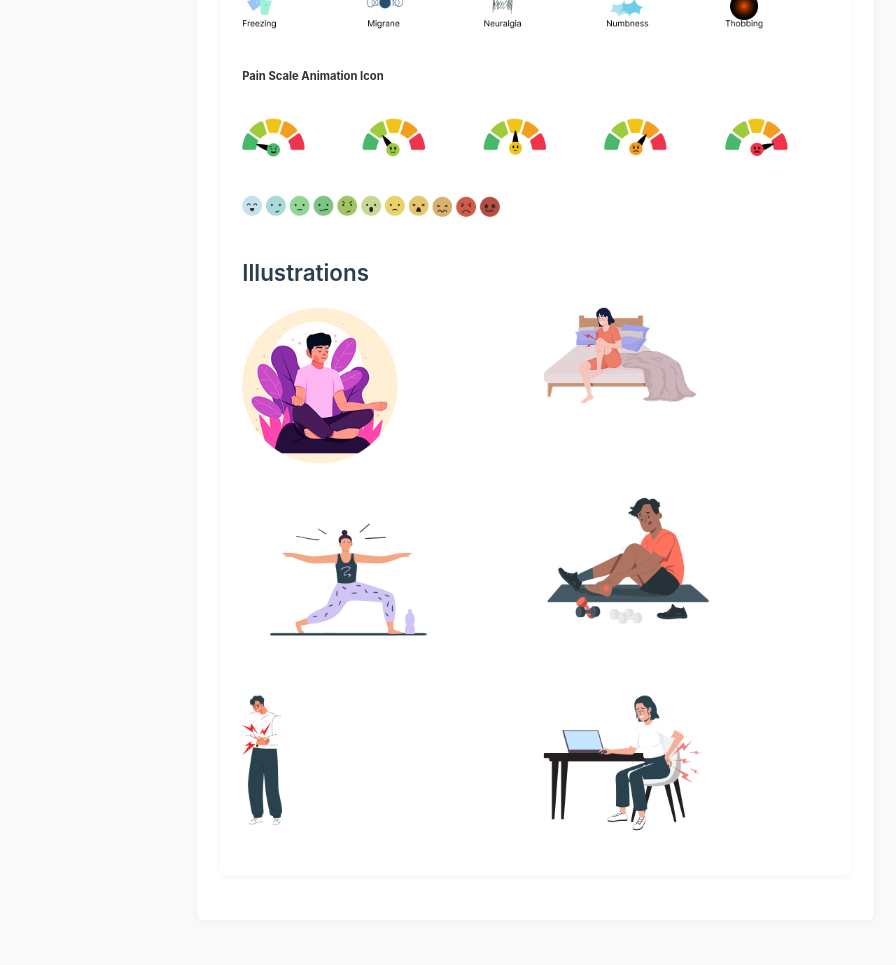
Repository: rosielee09/Heal_U
Page: graphics.html
These files come from the project's save history. The page is drawn as it stood at one moment and after the next save; the edit follows.
The browser window is 1280 px wide. The pictures show the part of the page from y = 1934 to 3854 px (the page is 3313 px tall before and 3854 px after), at 70% of full size.

Above is the page before, as saved 2025-04-03 21:59:10.

### graphics.html
<!DOCTYPE html>
<html lang="en">
<head>
    <meta charset="UTF-8">
    <meta name="viewport" content="width=device-width, initial-scale=1.0">
    <link rel="stylesheet" href="styles.css">
    <title>Heal_U Styleguide</title>
</head>
<body>
    <div class="container">
        <!-- Sidebar Navigation -->
        <div class="sidebar">
            <div class="sidebar-header">
                <h1>UI/UX Styleguide</h1>
                <p>Project design system</p>
            </div>
            <ul class="nav">
                <li ><a href="index.html">Home</a></li>
                <li><a href="colors.html">Colors</a></li>
                <li><a href="typography.html">Typography</a></li>
                <li><a href="logo.html">Logo</a></li>
                <li class="active"><a href="graphics.html">Graphics</a></li>
                <li><a href="references.html">References</a></li>
            </ul>
        </div>

        <!-- Main Content - Home Page -->

        <div class="content">
            <header class="page-header">
                <h2>Graphics</h2>
            </header>

            <div class="component">
                <div class="component-header">
                  <p class="component-description">This document provides guidelines for maintaining visual consistency across our product.</p>
                </div>
           <!-- SECTION 1: menu bar -->
           <div class="component">
            <div class="component-header">

                <section class="component-section">
                    <h3 class="component-title">Menu bar</h3>
                    <div class="graphic-grid">
                        <!-- home -->
                        <div class="graphic-item">
                            <img class="graphic-menu__icon" src="/img/graphic-menu/home.png" alt="home">
                            <div class="graphic-info">
                                <h4 class="graphic-title">Home</h4>
                                <div>The Home button navigates users to the home screen, providing quick access to the main interface.</div>
                            </div>
                        </div>
                        <!-- diagnose -->
                        <div class="graphic-item">
                            <img class="graphic-menu__icon" src="/img/graphic-menu/diagnose.png" alt="diagnose">
                            <div class="graphic-info">
                                <h4 class="graphic-title">Diagnose </h4>
                                <div>The diagnose button navigates users to the Diagnose page, allowing them to reassess their condition anytime, especially if their pain level changes significantly.</div>
                            </div>
                        </div>
                        <!-- Progress -->
                        <div class="graphic-item">
                            <img class="graphic-menu__icon" src="/img/graphic-menu/progress.png" alt="Progress">
                            <div class="graphic-info">
                                <h4 class="graphic-title">Progress </h4>
                                <div>
                                    The Progress button takes users to the Progress page, where they can track their journey from the beginning to their current pain condition.</div>
                            </div>
                        </div>

                        <!-- blog -->
                        <div class="graphic-item">
                            <img class="graphic-menu__icon" src="/img/graphic-menu/blog.png" alt="blog">
                            <div class="graphic-info">
                                <h4 class="graphic-title">Blog </h4>
                                <div>The Blog button takes users to the blog page, allowing them to interact with others and find motivation through shared experiences.</div>
                        </div>
                        </div>

                        <!-- Setting -->
                        <div class="graphic-item">
                            <img class="graphic-menu__icon" src="/img/graphic-menu/setting.png" alt="Setting">
                            <div class="graphic-info">
                                <h4 class="graphic-title">Setting </h4>
                                <div>The Settings button takes users to the settings page, where they can customize their preferences and personalize their experience.</div>

                    </div>
                </div>
            </div>

<!-- button section -->
                <section class="component-section">
                    <h3 class="component-title">Button </h3>

                    <div class="graphic-grid">
                          <!-- fill button -->
                        <div class="graphic-item">
                            <img class="graphic-button__icon" src="/img/Appovation - buttons/Button-fill-withIcon.png" alt="fill-icon">
                        </div>
                        <div class="graphic-item">
                            <img class="graphic-button__icon" src="/img/Appovation - buttons/Button-fill.jpg" alt="fill">
                        </div>
                        <div class="graphic-item">
                            <img class="graphic-button__icon" src="/img/Appovation - buttons/Button-outline.jpg" alt="outline">
                        </div>
                        <div class="graphic-item">
                            <img class="graphic-button__icon" src="/img/Appovation - buttons/chips-fill.png" alt="chips">
                        </div>
                        <div class="graphic-item">
                            <img class="graphic-button__icon" src="/img/Appovation - buttons/chips-highlighted.png" alt="chips-highlighted">
                        </div>
                        <div class="graphic-item">
                            <img class="graphic-button__icon" src="/img/Appovation - buttons/chips-outlined.png" alt="chips-outlined">
                        </div>
                    </div>
                </section>

            <section class="component-section">
                <h3 class="component-title">Icons </h3>
                <h4 class="graphic-title">Type of Pain</h4>
                <div class="graphic-grid__icons">

                    <div class="graphic-item">
                        <img class="graphic-icons" src="/img/Appovation - icons/Icon-stabbing.png" alt="pain_type_icon">
                    </div>
                    <div class="graphic-item">
                        <img class="graphic-icons" src="/img/Appovation - icons/Icon-tingling.png" alt="pain_type_icon">
                    </div>
                    <div class="graphic-item">
                        <img class="graphic-icons" src="/img/Appovation - icons/Icon_Burning.png" alt="pain_type_icon">
                    </div>
                    <div class="graphic-item">
                        <img class="graphic-icons" src="/img/Appovation - icons/Icon_Cramps.png" alt="pain_type_icon">
                    </div>
                    <div class="graphic-item">
                        <img class="graphic-icons" src="/img/Appovation - icons/Icon_dull ache.png" alt="pain_type_icon">
                    </div>
                    <div class="graphic-item">
                        <img class="graphic-icons" src="/img/Appovation - icons/Icon_freezing.png" alt="pain_type_icon">
                    </div>
                    <div class="graphic-item">
                        <img class="graphic-icons" src="/img/Appovation - icons/Icon_Migrane.png" alt="pain_type_icon">
                    </div>
                    <div class="graphic-item">
                        <img class="graphic-icons" src="/img/Appovation - icons/Icon_neuralgia.png" alt="pain_type_icon">
                    </div>
                    <div class="graphic-item">
                        <img class="graphic-icons" src="/img/Appovation - icons/Icon_numbness.png" alt="pain_type_icon">
                    </div>
                    <div class="graphic-item">
                        <img class="graphic-icons" src="/img/Appovation - icons/Icon_thobbing.png" alt="pain_type_icon">
                    </div>

                </div>


                <h4 class="graphic-title">Pain Scale Animation Icon</h4>
                <div class="graphic-grid__icons">

                    <div class="graphic-item">
                        <img class="graphic-icons" src="/img/Appovation - icons/Pain_difference-slider-green.png" alt="pain_scale_icon">
                    </div>
                    <div class="graphic-item">
                        <img class="graphic-icons" src="/img/Appovation - icons/Pain_difference-slider-mild.png" alt="pain_scale_icon">
                    </div>
                    <div class="graphic-item">
                        <img class="graphic-icons" src="/img/Appovation - icons/Pain_difference-slider-middle.png" alt="pain_scale_icon">
                    </div>
                    <div class="graphic-item">
                        <img class="graphic-icons" src="/img/Appovation - icons/Pain_difference-slider-less-severe.png" alt="pain_scale_icon">
                    </div>
                    <div class="graphic-item">
                        <img class="graphic-icons" src="/img/Appovation - icons/Pain_difference-slider-severe.png" alt="pain_scale_icon">
                    </div>
                </div>
                <div class="graphic-item-grid1">
                    <img class="graphic-icons" src="/img/Appovation - icons/progress pain scale.png" alt="pain_scale_icon">
                </div>

        </section>

        <section class="component-section">
            <h3 class="component-title">Illustrations </h3>

            <div class="graphic-grid">
                  <!-- fill button -->
                <div class="graphic-item-illustrations">
                    <img class="graphic-button__icon" src="/img/Appovation - illustration set/5214865 1.png" >
                </div>
                <div class="graphic-item">
                    <img class="graphic-button__icon" src="/img/Appovation - illustration set/AdobeStock_593962329 1.png">
                </div>
                <div class="graphic-item">
                    <img class="graphic-button__icon" src="/img/Appovation - illustration set/exercise 2.png" >
                </div>
                <div class="graphic-item">
                    <img class="graphic-button__icon" src="/img/Appovation - illustration set/Group 103.png" >
                </div>
                <div class="graphic-item">
                    <img class="graphic-button__icon" src="/img/Appovation - illustration set/Group 84.png" >
                </div>
                <div class="graphic-item">
                    <img class="graphic-button__icon" src="/img/Appovation - illustration set/Group 98.png" >
                </div>
            </div>
        </section>


</body>
<script src="script.js"></script>
</html>

### styles.css
* {
    margin: 0;
    padding: 0;
    box-sizing: border-box;
}

body {
    font-family: 'Inter', -apple-system, BlinkMacSystemFont, 'Segoe UI', Roboto, Oxygen, Ubuntu, Cantarell, sans-serif;
    line-height: 1.6;
    color: #333;
    background-color: #f9f9f9;
}

/* Layout */
.container {
    display: flex;
    min-height: 100vh;
}

/* Sidebar Navigation */
.sidebar {
    width: 250px;
    background-color: #2c3e50;
    color: #fff;
    padding: 2rem 0;
    position: fixed;
    height: 100vh;
    overflow-y: auto;
}

.sidebar-header {
    padding: 0 1.5rem 2rem;
    border-bottom: 1px solid rgba(255, 255, 255, 0.1);
}

.sidebar-header h1 {
    font-size: 1.5rem;
    font-weight: 700;
    margin-bottom: 0.5rem;
}

.sidebar-header p {
    font-size: 0.875rem;
    opacity: 0.7;
}

.nav {
    list-style: none;
    padding: 1.5rem 0;
}

.nav li {
    padding: 0.5rem 1.5rem;
}

.nav li.active {
    background-color: rgba(255, 255, 255, 0.1);
    border-left: 4px solid #3498db;
}

.nav a {
    color: #fff;
    text-decoration: none;
    display: block;
    font-size: 0.95rem;
    transition: all 0.2s;
}

.nav a:hover {
    opacity: 0.8;
}

/* Main Content */
.content {
    flex: 1;
    padding: 2rem;
    margin-left: 250px;
    max-width: calc(100% - 250px);
}

.page-header {
    margin-bottom: 2rem;
    padding-bottom: 1rem;
    border-bottom: 1px solid #eee;
}

.page-header h2 {
    font-size: 2rem;
    font-weight: 700;
    color: #2c3e50;
    margin-bottom: 0.5rem;
}

.page-header p {
    color: #7f8c8d;
    font-size: 1.1rem;
}

/* Components Common Styles */
.component {
    background-color: #fff;
    border-radius: 8px;
    box-shadow: 0 2px 10px rgba(0, 0, 0, 0.05);
    padding: 2rem;
    margin-bottom: 2rem;
}

.component-section{
    margin-top: 3rem;
}

.component-header {
    margin-top: 1.5rem;
    margin-bottom: 1.5rem;
}

.component-title {
    font-size: 2rem;
    font-weight: 600;
    margin-top: 1.5rem;
    margin-bottom: 1.5rem;
    color: #2c3e50;
}

.component-description {
    color: #7f8c8d;
}


    /* Color Styles */
.color-grid {
    display: grid;
    grid-template-columns: repeat(auto-fill, minmax(300px, 1fr));
    gap: 1.5rem;
}

.color-grid__onlycolor {
    display: grid;
    grid-template-columns: repeat(auto-fill, minmax(300px, 2fr));
    gap: 1.5rem;
    align-items: center;
}

.color-grid__Accessiblilliy {
    display: grid;
    grid-template-columns: repeat(auto-fit, minmax(clamp(300px, 50%, 400px), 1fr));
    gap: 1.5rem;
}

.color-item {
    border-radius: 6px;
    overflow: hidden;
    box-shadow: 0 2px 5px rgba(0, 0, 0, 0.1);
}

.color-preview {
    height: 120px;
}

.color-info {
    padding: 1rem;
    background-color: #fff;
}

.color-name {
    font-weight: 600;
    margin-bottom: 0.25rem;
}

.color-value {
    font-family: monospace;
    color: #7f8c8d;
    font-size: 0.85rem;
}

.color__primary--preview{
    background-color: #29424D;
}

.color__secondary--preview{
    background-color: #CFC4F4;
}

.color__tertiary--preview {
    background-color: #F8F3EC;
}

.color__accent--preview{
    background-color: #CDF06B;
}

.color__success--preview{
    background-color: #138636;
}

.color__error--preview{
    background-color: #C32D2D;
}

.color__warning--preview{
    background-color: #FFBD11;
}

.color__info--preview{
    background-color: #4976BA;
}

.color__background--preview{
    background-color: #fff;
}

.color__text--preview{
    background-color: #2E2E30;
}

.color-accessiblillity-img {
    width: 100%;
    height: 70%;
}

.color-example-img{
    align-items: center;
}


/* Graphics */
.graphic-grid {
    display: grid;
    grid-template-columns: repeat(auto-fill, minmax(300px, 2fr));
    gap: 1.5rem;

}

/* section__icons */
.graphic-grid__icons{
    display: grid;
    grid-template-columns: repeat(5, 1fr);
    gap: 1.5rem;
}

.graphic-item{
   justify-items: center;

}


.graphic-menu__icon{
    margin: 10px;
}
.graphic-title{
    margin-top: 3rem;
    margin-bottom: 3rem;
}

.graphic-item-grid1{
    margin-top: 3rem;
}


/* section illustrations */
.graphic-illustrations{
    display: grid;
    grid-template-columns: repeat(3, 1fr);
    gap: 1.5rem;
}
.graphic-item-illustrations{
    max-width: 200px;
    max-height: 200px;
}
/* Typography */

/* Import Roboto font with multiple weights */
@import url('https://fonts.googleapis.com/css2?family=Roboto:wght@400;500;700&display=swap');


/* Table styling */
table {
  width: 100%;
  border-collapse: collapse;
  font-family: 'Roboto', sans-serif;
  margin: 2rem 0;
}

th {
  background-color: #f8f9fa;
  color: #212529;
  padding: 12px 16px;
  text-align: left;
  font-weight: 500;
  border-bottom: 2px solid #dee2e6;

}

td {
  padding: 16px;
  border-bottom: 1px solid #e9ecef;
  vertical-align: top;
}

/* Remove default list styling */
td li {
  list-style: none;
  margin: 4px 0;
  padding-left: 0;
}



.content-image {
  margin: auto;
  display: block;
  padding: 1rem;
}

.center {
  text-align: center;
}



.typography-item {
    margin-bottom: 2rem;
}


.heading1 {
  font-family: 'Roboto', sans-serif;
  font-size: 40px;
  line-height: 48px;
  font-weight: 700;
  color: #212529;

}

.heading2 {
  font-family: 'Roboto', sans-serif;
  font-size: 32px;
  line-height: 40px;
  font-weight: 700;
  color: #212529;
}

.section-header {
  font-family: 'Roboto', sans-serif;
  font-size: 24px;
  line-height: 32px;
  font-weight: 700;
  color: #212529;
}

.sub-header {
  font-family: 'Roboto', sans-serif;
  font-size: 20px;
  line-height: 28px;
  font-weight: 700;
  color: #212529;
}

.body-bold {
  font-family: 'Roboto', sans-serif;
  font-size: 16px;
  line-height: 24px;
  font-weight: 700;
  color: #212529;
}


.body {
  font-family: 'Roboto', sans-serif;
  font-size: 16px;
  line-height: 24px;
  font-weight: 400;
  color: #212529;
}

.small {
  font-family: 'Roboto', sans-serif;
  font-size: 14px;
  line-height: 20px;
  font-weight: 400;
  color: #212529;
}

.small-italic {
  font-family: 'Roboto', sans-serif;
  font-style: italic;
  font-size: 14px;
  line-height: 20px;
  font-weight: 400;
  color: #212529;
}

.tiny-bold {
  font-family: 'Roboto', sans-serif;
  font-size: 12px;
  line-height: 18px;
  font-weight: 700;
  color: #212529;
}

.tiny {
  font-family: 'Roboto', sans-serif;
  font-size: 12px;
  line-height: 18px;
  font-weight: 400;
  color: #212529;
}

.mini {
  font-family: 'Roboto', sans-serif;
  font-size: 8px;
  line-height: 12px;
  font-weight: 400;
  color: #212529;
  letter-spacing: 0.5px;
}

/* Add zebra striping for better readability */
tbody tr:nth-child(odd) {
  background-color: #f8f9fa;
}

Loaded but not shown: script.js (no stored copy; drawn as an empty file)

After the next save:
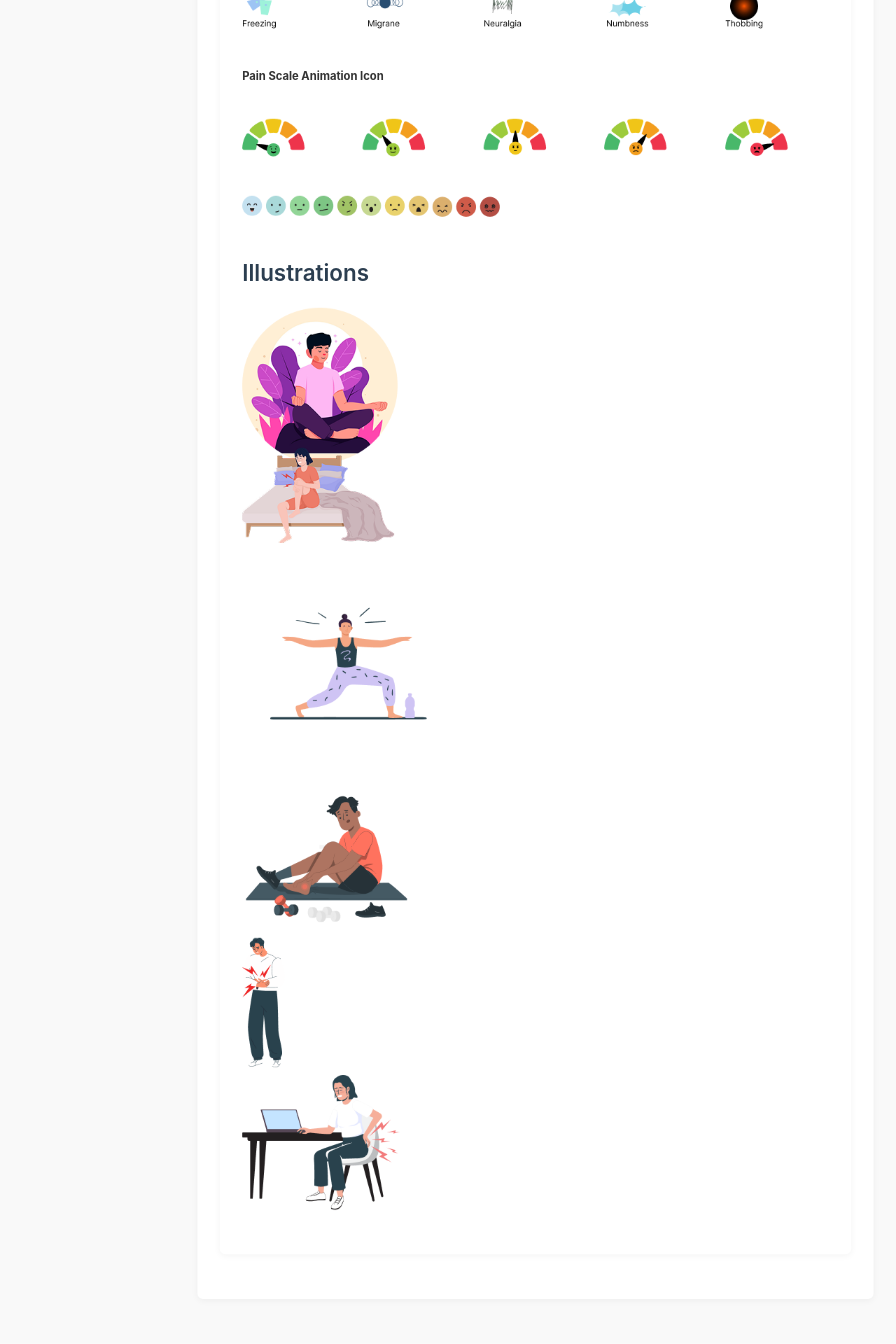
Saved 7 s later.
--- a/graphics.html
+++ b/graphics.html
@@ -182,7 +182,7 @@
         <section class="component-section">
             <h3 class="component-title">Illustrations </h3>
 
-            <div class="graphic-grid">
+            <div class="graphic-grid-illustrations">
                   <!-- fill button -->
                 <div class="graphic-item-illustrations">
                     <img class="graphic-button__icon" src="/img/Appovation - illustration set/5214865 1.png" >
